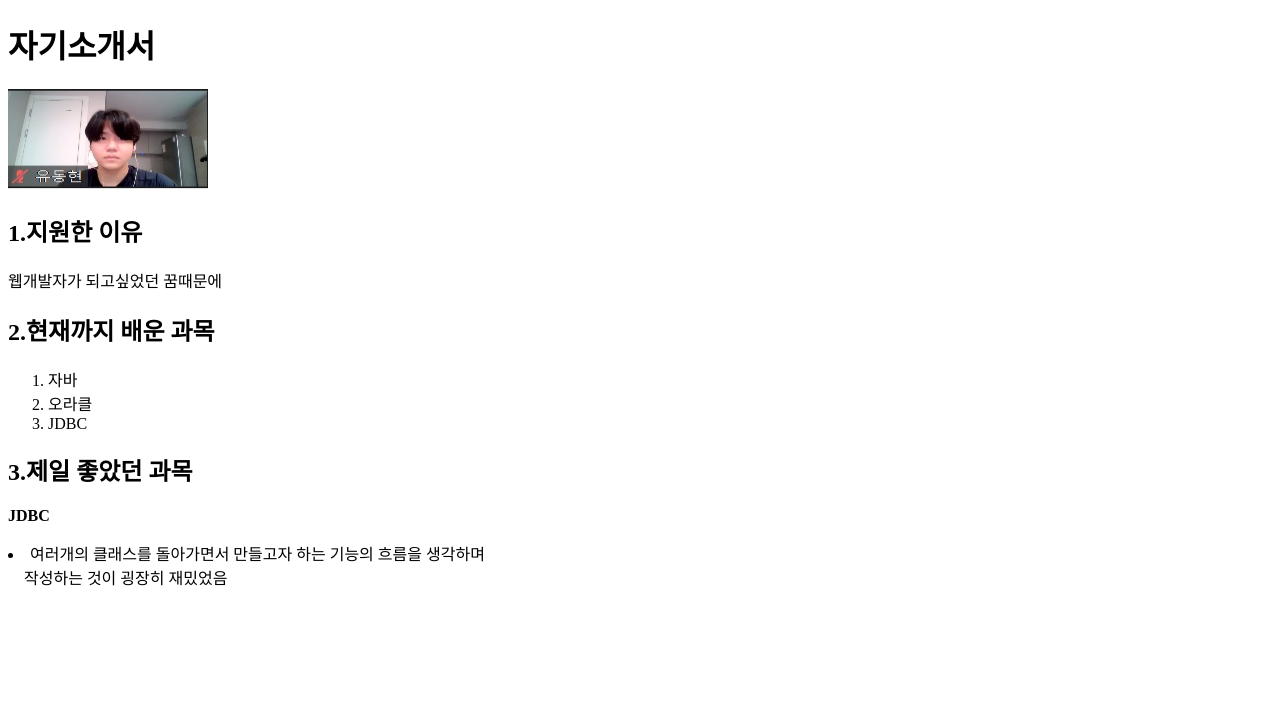
Repository: DongHyenYoo/DongHyen
Page: JdbcStudy/HTMLTEST/WebContent/SelfIntro.html
An editor plug-in stored every save of this project. The page is shown before and after the next save, followed by the edit.
The browser window is 1280 px wide. The pictures show the whole page.

Above is the page before, as saved 2022-09-23 07:27:37.

### JdbcStudy/HTMLTEST/WebContent/SelfIntro.html
<!DOCTYPE html>
<html>
<head>
<meta charset="UTF-8">
<title>Insert title here</title>
</head>
<body>
	<h1>자기소개서</h1>

	<img src="Test.jpg" width="200" height = "100">
	<h2>1.지원한 이유</h2>
	<p>웹개발자가 되고싶었던 꿈때문에</p>


	<h2>2.현재까지 배운 과목</h2>
	<p>
	<ol>
		<li>자바</li>
		<li>오라클</li>
		<li>JDBC</li>
	</ol>
	</p>


	<h2>3.제일 좋았던 과목</h2>
	<p>
		<strong>JDBC</strong>
	<li>여러개의 클래스를 돌아가면서 만들고자 하는 기능의 흐름을 생각하며<br>
		&nbsp;&nbsp;&nbsp;&nbsp;작성하는 것이 굉장히 재밌었음
	</li>
	</p>






</body>
</html>

After the next save:
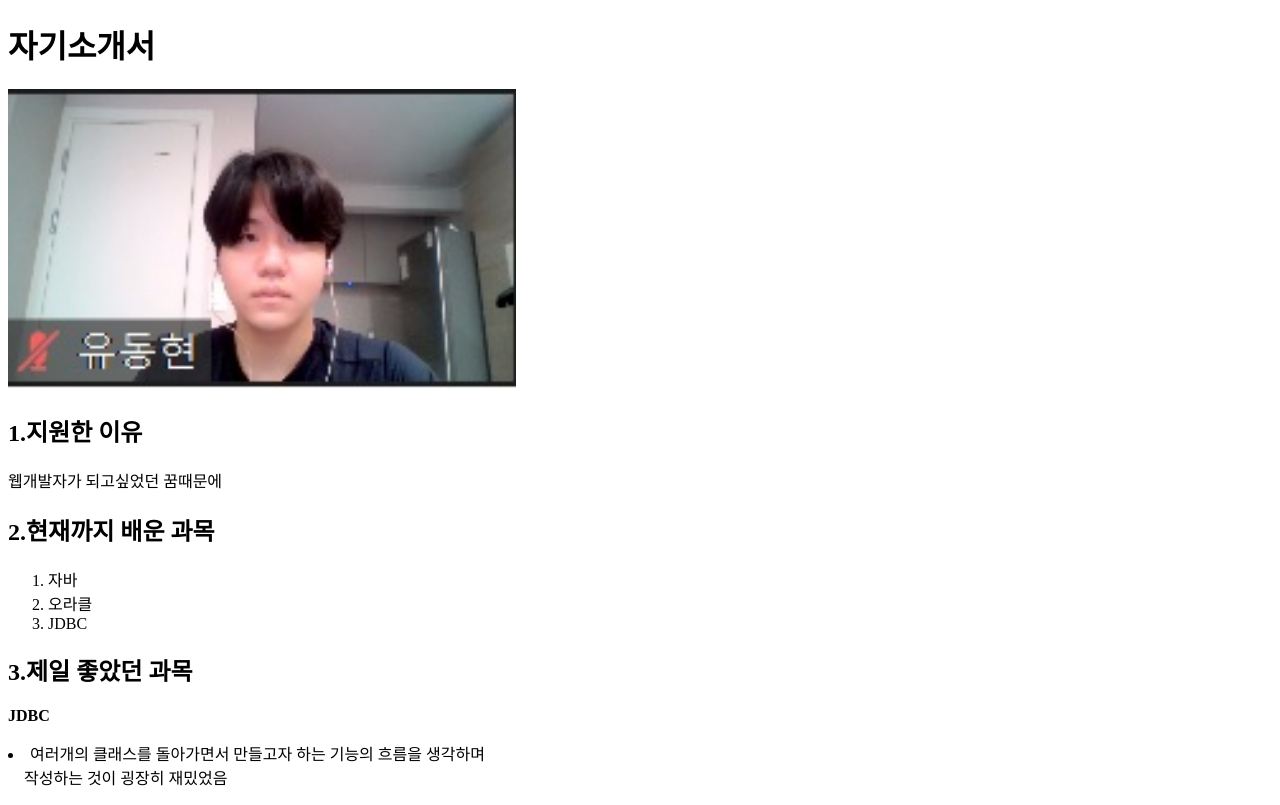
Saved 60 s later.
--- a/JdbcStudy/HTMLTEST/WebContent/SelfIntro.html
+++ b/JdbcStudy/HTMLTEST/WebContent/SelfIntro.html
@@ -7,7 +7,7 @@
 <body>
 	<h1>자기소개서</h1>
 
-	<img src="Test.jpg" width="200" height = "100">
+	<img src="Test.jpg" height = "300" alt="테스트용 사진">
 	<h2>1.지원한 이유</h2>
 	<p>웹개발자가 되고싶었던 꿈때문에</p>
 
